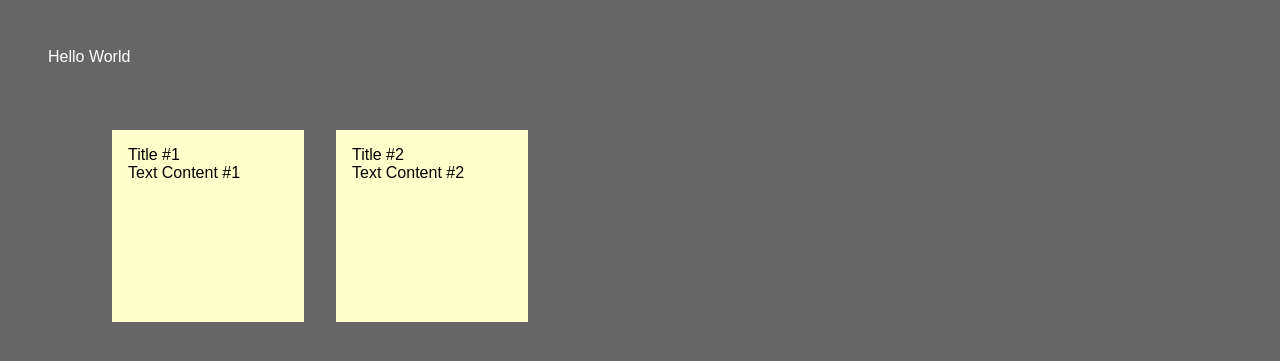
Repository: qudgns200/Toy_01_ToDoList
Page: http://localhost/ToDoList/jsp/mainForm.jsp
The author's editor kept a copy of each file at every save. The page is drawn from the files as they stood at one save, then again after the next save.
The browser window is 1280 px wide. The pictures show the whole page.
The page is served by Tomcat 9. Nobody is signed in. The application's start-up code is not run. Other server files are loaded and not shown.

Above is the page before, as saved 2019-11-05 06:56:13.

### ToDoList/WebContent/jsp/mainForm.jsp
<%@ page language="java" contentType="text/html; charset=UTF-8"
    pageEncoding="UTF-8"%>
<!DOCTYPE html>
<html>
<head>
<meta charset="UTF-8">
<meta name="viewport" content="width=device-width">
<title>To-DO List</title>
<link href="css/custom.css" rel="stylesheet"/>
</head>
<body>
Hello World
<ul>
  <li>
    <a href="#">
      <h2>Title #1</h2>
      <p>Text Content #1</p>
    </a>
  </li>
  <li>
    <a href="#">
      <h2>Title #2</h2>
      <p>Text Content #2</p>
    </a>
  </li>
</ul>
</body>
</html>

### ToDoList/WebContent/css/custom.css
*{
  margin:0;
  padding:0;
}
body{
  font-family:arial,sans-serif;
  font-size:100%;
  margin:3em;
  background:#666;
  color:#fff;
}
h2,p{
  font-size:100%;
  font-weight:normal;
}
ul,li{
  list-style:none;
}
ul{
  overflow:hidden;
  padding:3em;
}
ul li a{
  text-decoration:none;
  color:#000;
  background:#ffc;
  display:block;
  height:10em;
  width:10em;
  padding:1em;
}
ul li{
  margin:1em;
  float:left;
}

After the next save:
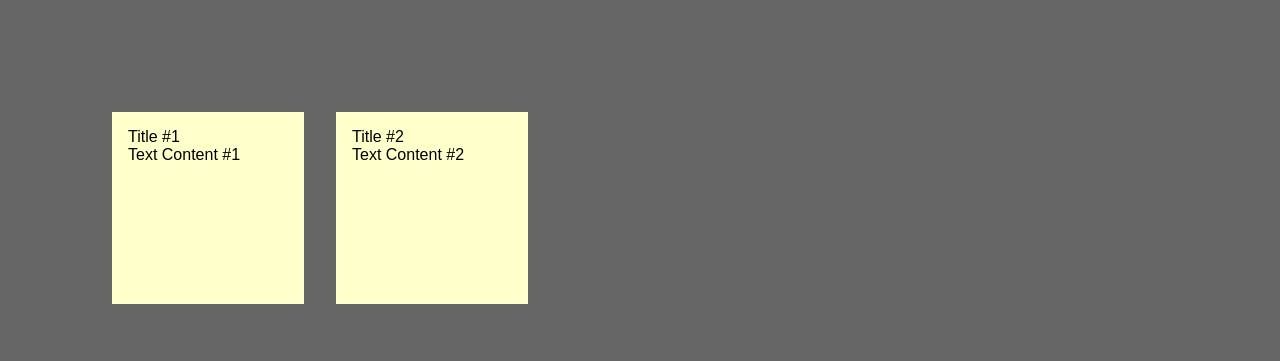
Saved 55 s later.
--- a/ToDoList/WebContent/jsp/mainForm.jsp
+++ b/ToDoList/WebContent/jsp/mainForm.jsp
@@ -9,7 +9,6 @@
 <link href="css/custom.css" rel="stylesheet"/>
 </head>
 <body>
-Hello World
 <ul>
   <li>
     <a href="#">
